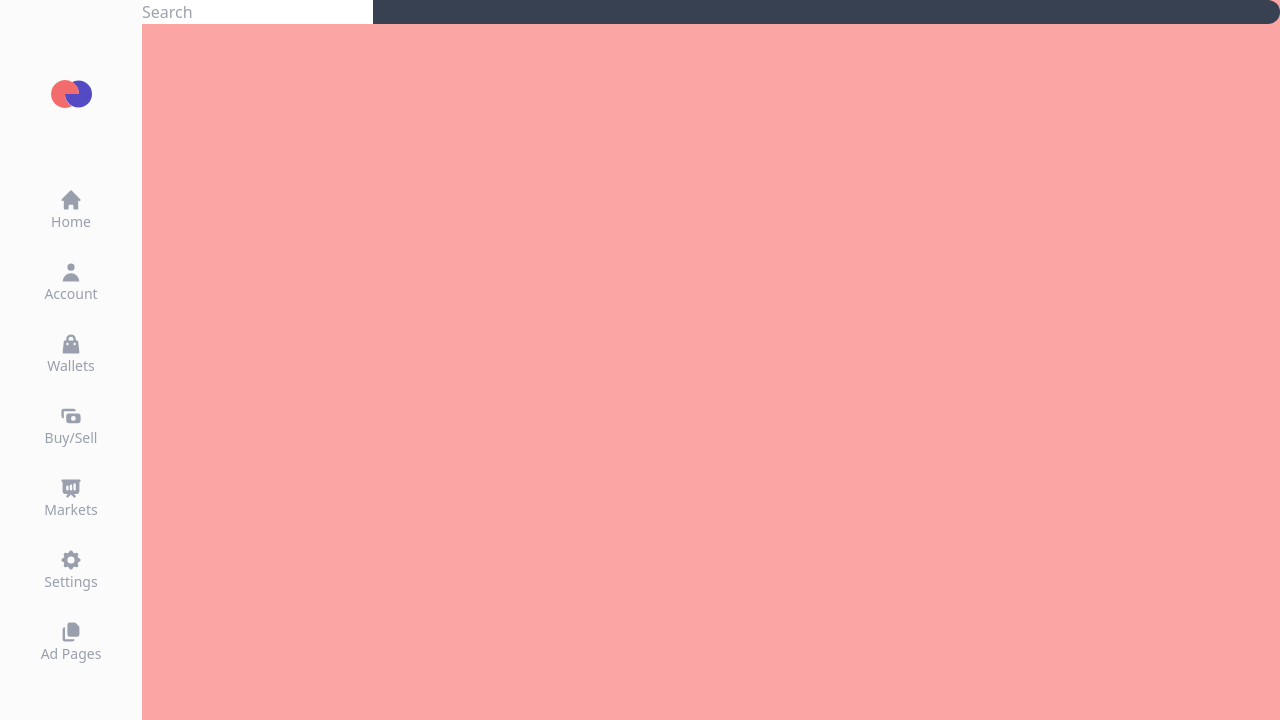
Repository: almaqdad55/crypto-app-nextjs
Page: /
These files come from the project's save history. The page is drawn as it stood at one moment and after the next save; the edit follows.
The browser window is 1280 px wide. The pictures show the whole page.
The project was rebuilt for these pictures with package versions that can differ from the ones it lists, and the page was loaded fresh each time. The framework's server and built-in components were replaced by stand-ins that run in the browser.

Above is the page before, as saved 2022-01-04 19:57:06.

### pages/index.js
import Head from 'next/head';
import Sidebar from '../components/Sidebar';
import Feed from '../components/Feed';

export default function Home() {
  return (
    <div className="">
      <Head>
        <title>Crypto Trade</title>
        <link rel="icon" href="/logo.svg" />
      </Head>

      <main className="flex">
        <Sidebar />
        <Feed />
        {/* Widget */}
      </main>
    </div>
  );
}

### styles/globals.css
@import url('https://fonts.googleapis.com/css2?family=Lato:wght@300;400;700&display=swap');

@tailwind base;
@tailwind components;
@tailwind utilities;

@layer base {
  body {
    @apply bg-white;
  }
}

@layer components {
  .icon-group {
    @apply flex flex-col  items-center text-sm cursor-pointer text-[#9A9FAD] hover:text-[#544AC3] transition duration-200;
  }
}

### components/Sidebar.jsx
import {
  HomeIcon,
  UserIcon,
  CashIcon,
  ShoppingBagIcon,
  PresentationChartBarIcon,
  CogIcon,
  DocumentDuplicateIcon,
} from '@heroicons/react/solid';

const Sidebar = () => {
  return (
    <div className="flex flex-col items-center  h-screen w-[142px]  bg-[#fbfbfb] ">
      <div className="mt-20">
        <img src="/logo.svg" alt="" />
      </div>
      <div className="mb-40 mt-20 flex flex-col space-y-7">
        <div className="icon-group group">
          <HomeIcon className="h-6 " />
          <span className="">Home</span>
        </div>
        <div className="icon-group group">
          <UserIcon className="h-6 " />
          <span className="">Account</span>
        </div>
        <div className="icon-group group">
          <ShoppingBagIcon className="h-6 " />
          <span className="">Wallets</span>
        </div>
        <div className="icon-group group ">
          <CashIcon className="h-6 " />
          <span className="">Buy/Sell</span>
        </div>
        <div className="icon-group group">
          <PresentationChartBarIcon className="h-6 " />
          <span className="">Markets</span>
        </div>
        <div className="icon-group group">
          <CogIcon className="h-6 " />
          <span className="">Settings</span>
        </div>
        <div className="icon-group group">
          <DocumentDuplicateIcon className="h-6 " />
          <span className="">Ad Pages</span>
        </div>
      </div>
    </div>
  );
};

export default Sidebar;

### components/Feed.jsx
import {
  DotsHorizontalIcon,
  PhotographIcon,
  NewspaperIcon,
  SearchIcon,
} from '@heroicons/react/outline';

const Feed = () => {
  return (
    <div className=" flex-grow bg-red-300">
      <div>
        <div className="bg-gray-700 rounded-2xl">
          <input type="text" placeholder={`Search`} />
        </div>
      </div>
    </div>
  );
};

export default Feed;

### tailwind.config.js
module.exports = {
  content: [
    './pages/**/*.{js,ts,jsx,tsx}',
    './components/**/*.{js,ts,jsx,tsx}',
  ],
  theme: {
    extend: {
      fontFamily: {
        Lato: ['Lato', 'sans-serif'],
      },
    },
  },
  plugins: [],
};

Loaded but not shown: pages/_app.js (common file); pages/api/hello.js (common file); pages/api/city.js (no copy from this time; the picture is the same without it); pages/api/getYTData.js (no copy from this time; the picture is the same without it)

After the next save:
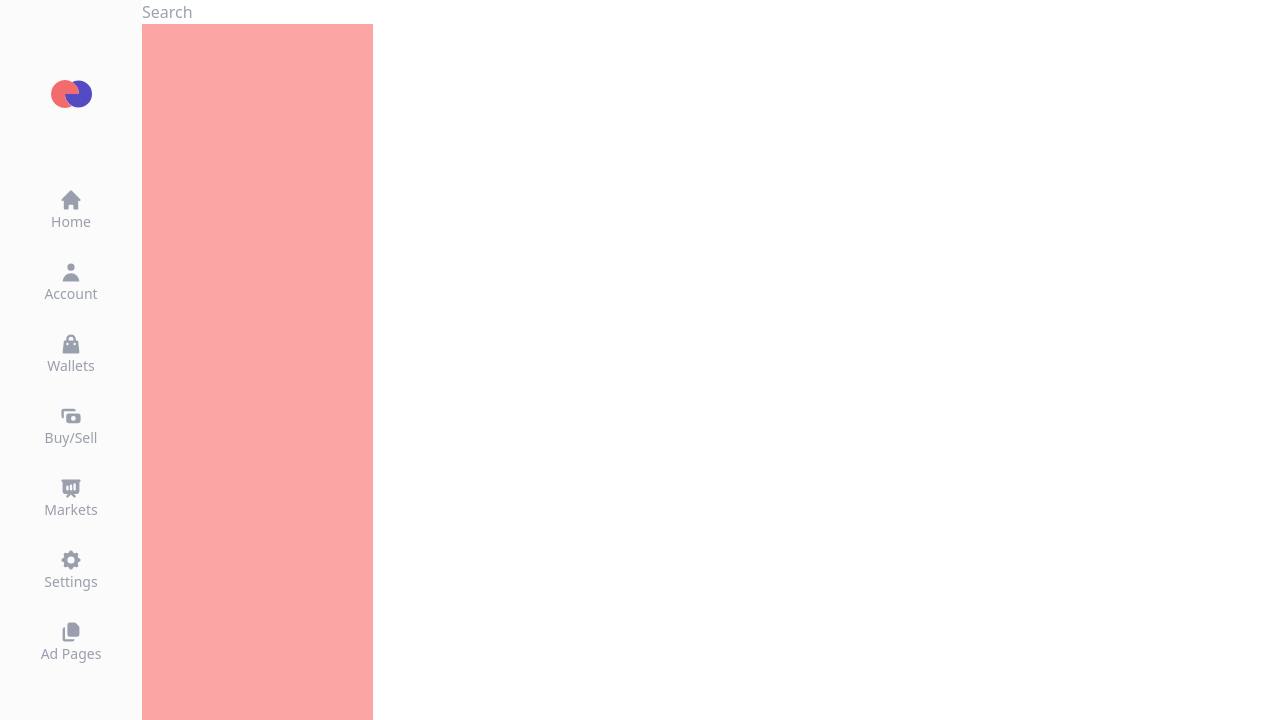
Saved 12 s later.
--- a/components/Feed.jsx
+++ b/components/Feed.jsx
@@ -7,7 +7,7 @@ import {
 
 const Feed = () => {
   return (
-    <div className=" flex-grow bg-red-300">
+    <div className="  bg-red-300">
       <div>
         <div className="bg-gray-700 rounded-2xl">
           <input type="text" placeholder={`Search`} />

After the save that followed:
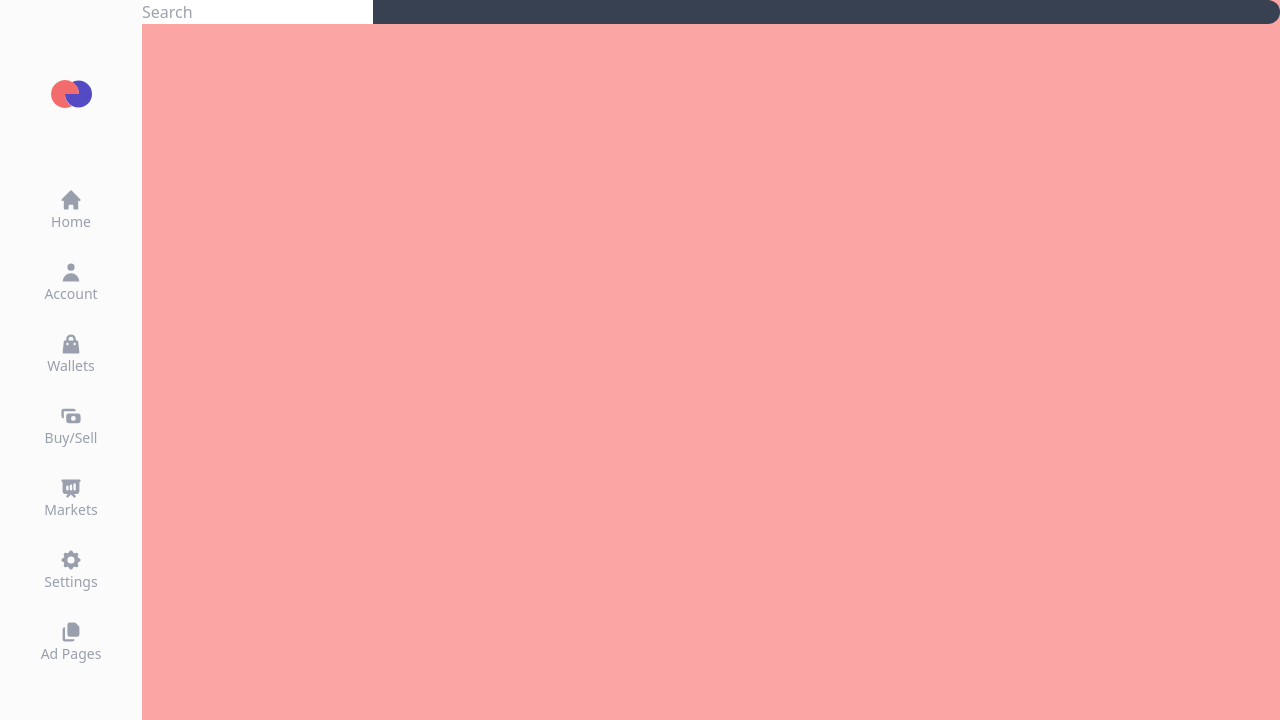
Saved 5 s later.
--- a/components/Feed.jsx
+++ b/components/Feed.jsx
@@ -7,7 +7,7 @@ import {
 
 const Feed = () => {
   return (
-    <div className="  bg-red-300">
+    <div className=" flex-grow bg-red-300">
       <div>
         <div className="bg-gray-700 rounded-2xl">
           <input type="text" placeholder={`Search`} />
